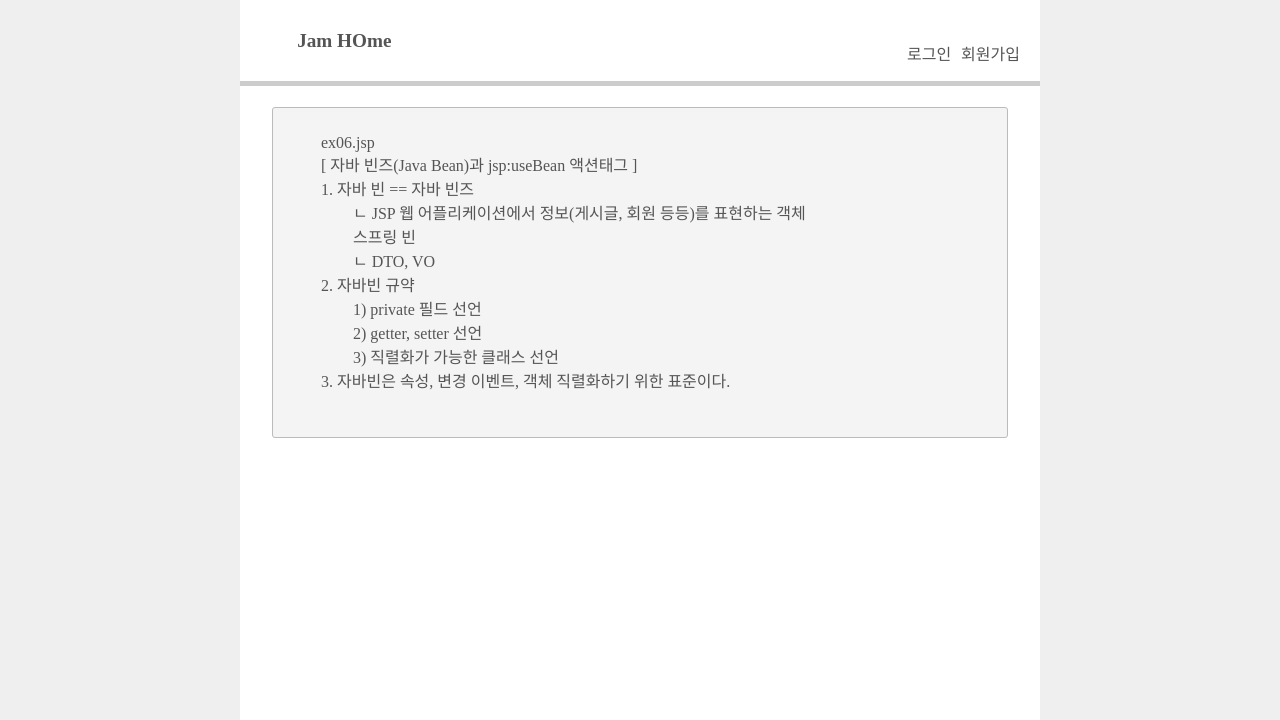
Repository: woals5636/JSPClass
Page: http://localhost/jspPro/days06/ex06.jsp
These files come from the project's save history. The page is drawn as it stood at one moment and after the next save; the edit follows.
The browser window is 1280 px wide. The pictures show the whole page.
Some web fonts or font styles are not loaded; a fallback is used. The page is served by Tomcat 9. Other server files are loaded and not shown.

Above is the page before, as saved 2024-10-22 07:35:12.

### jspPro/src/main/webapp/days06/ex06.jsp
<%@ page contentType="text/html; charset=UTF-8" pageEncoding="UTF-8"%>
<%@ taglib prefix="c" uri="http://java.sun.com/jsp/jstl/core"%>
<%@ page trimDirectiveWhitespaces="true" %>
<!DOCTYPE html>
<html>
<head>
<meta charset="UTF-8">
<title>Insert title here</title>
<link rel="shortcut icon" type="image/x-icon" href="http://localhost/jspPro/images/SiSt.ico">
<script src="https://ajax.googleapis.com/ajax/libs/jquery/3.7.1/jquery.min.js"></script>
<meta name="viewport" content="width=device-width, initial-scale=1.0">
<meta name="google" content="notranslate">
<link rel="stylesheet" href="http://localhost/jspPro/resources/cdn-main/example.css">
<script src="http://localhost/jspPro/resources/cdn-main/example.js"></script>
<style>
 span.material-symbols-outlined{
    vertical-align: text-bottom;
 }
</style>
</head>
<body>
<header>
  <h1 class="main"><a href="#" style="position: absolute;top:30px;">Jam HOme</a></h1>
  <ul>
    <li><a href="#">로그인</a></li>
    <li><a href="#">회원가입</a></li>
  </ul>
</header>
<div>
  <xmp class="code">
  	ex06.jsp
  	[ 자바 빈즈(Java Bean)과 jsp:useBean 액션태그 ]
  	1. 자바 빈 == 자바 빈즈
  		ㄴ JSP 웹 어플리케이션에서 정보(게시글, 회원 등등)를 표현하는 객체
  		스프링 빈
  		ㄴ DTO, VO
  	2. 자바빈 규약
  		1) private 필드 선언
  		2) getter, setter 선언
  		3) 직렬화가 가능한 클래스 선언
  	3. 자바빈은 속성, 변경 이벤트, 객체 직렬화하기 위한 표준이다.

  </xmp>
</div>
</body>
</html>

### jspPro/src/main/webapp/resources/cdn-main/example.css
@charset "UTF-8";

@import url('https://fonts.googleapis.com/css2?family=Material+Symbols+Outlined:opsz,wght,FILL,GRAD@20..48,100..700,0..1,-50..200');

@font-face {
    font-family: 'GmarketSansMedium';
    src: url('https://cdn.jsdelivr.net/gh/projectnoonnu/noonfonts_2001@1.1/GmarketSansMedium.woff') format('woff');
    font-weight: normal;
    font-style: normal;
}

:root {
	--text-color: #555;
	--sub-text-color: #777;
	--back-color: #EFEFEF;
	--header-color: #444;
	--primary-color: #DEDEDE;
	--secondary-color: #EFEFEF;
	--default-width: 800px;
	--narrow-width: 500px;
	--wide-width: 1200px;
	--text-font: 'GmarketSansMedium';
	--icon-font: 'Material Symbols Outlined';
	--border-color: #CCC;
}

html, body {
	margin: 0;
	padding: 0;
}

html {
	background-color: var(--back-color);
	display: flex;
	justify-content: center;
	min-height: 100vh;
}

body, body.default {
	width: var(--default-width);
	background-color: white;
	padding-bottom: 120px;
}

body.wide {
	width: var(--wide-width);
}

body.narrow {
	width: var(--narrow-width);
}



body, p, div, span, a, input, select, option, textarea, button, table, th, td, label, fieldset, legend {
	font-family: var(--text-font);
	color: var(--text-color);
}

h1, h2, h3 {
	font-family: var(--text-font);
	color: var(--header-color);
	padding: 0 1rem;
	padding-top: .5rem;
}

div > h1, div > h2, div > h3 {
	padding: 0;
}

body > div, body > main > div {
	padding: 0.3rem 1rem;
}


h1 { font-size: 2rem; border-bottom: 1px solid var(--border-color); }
h1 small { font-size: 1.2rem; color: var(--sub-text-color); }
h2 { font-size: 1.5rem; border-bottom: 1px dashed var(--border-color); }
h2 small { font-size: 1.1rem; color: --sub-text-color; }
h3 { font-size: 1.2rem; }
h3 small { font-size: 1rem; color: --sub-text-color; }



h1.main::before {
	font-family: var(--icon-font);
  	content: '\e666';
  	margin-right: 10px;
  	float: left;
	font-size: 2.5rem;
}

h1.sub::before {
	font-family: var(--icon-font);
  	content: '\ea19';
  	margin-right: 10px;
  	float: left;
	font-size: 2.5rem;
}


h1.page::before {
	font-family: var(--icon-font);
  	content: '\e0e0';
  	margin-right: 10px;
  	float: left;
	font-size: 2.5rem;
}

body > header > ul > li > .active{
	background-color: #FFF;
	color:#F00;
}

body > header {
	display: flex;
	justify-content: space-between;
	border-bottom: 5px solid var(--border-color);
	min-height: 74px;
	background-color: #FFF;
}

body > header.sticky {
	position: sticky;
	top: 0;
	z-index: 98;
}

body > header > h1 {
	font-size: 1.2rem;
	border: 0;
}

body > header.in > h1::before {
	font-family: var(--icon-font);
  	content: '\e332‥';
  	margin-right: 3px;
  	float: left;
	font-size: 2rem;
}


body > header > ul {
	list-style-type: none;
	display: flex;
	align-items: flex-end;
	margin-right: 10px;
}

body > header > ul > li {
	margin-right: 10px;
	cursor: pointer;
}

body > header > ul > li > a {
	cursor: pointer;
}


form {
	display: block;
}

form > div {
	padding: 0.3rem 1rem;
}

div > form > div {
	padding: 0.3rem 0;
}

input, textarea, button, select {
	border: 1px solid #BBB;
	border-radius: 3px;
	outline: none;
	resize: none;
	padding: 7px;
	margin: 0;
}

input[type=text]:read-only, textarea:read-only {
	cursor: not-allowed;
	background-color: #FFF;
}

input[type=text]:disabled, textarea:disabled {
	cursor: not-allowed;
	background-color: #EEE;
}

input[type=text], input[type=password], textarea, button, select {
	/* width: 300px; */
}

textarea {
	display: block;
	height: 100px;
}

input[type=button], input[type=submit], button {
	/* width: inherit; */
}

input.short, textarea.short, button.short, select.short {
	width: 100px;
}

input.long, textarea.long, button.long, select.long {
	width: 350px;
}

.narrow input.long, .narrow textarea.long, .narrow button.long, .narrow select.long {
	width: calc(100% - 20px);
}

input.full, textarea.full, button.full, select.full {
	width: calc(100% - 20px);
}

textarea.short {
	height: 50px;
}

textarea.long {
	height: 100px;
}

textarea.full {
	height: 200px;
}

input, textarea {
	padding-top: 8px;
}

input[type=button], input[type=submit], button {
	padding: 5px 10px;
	background-color: var(--secondary-color);
	cursor: pointer;
	min-height: 36px;
}

input[type=button].primary, input[type=submit].primary, button.primary {
	/* background-color: rgba(100, 149, 237, .2); */
	background-color: var(--primary-color);
}

input[type=button].primary:hover, input[type=submit].primary:hover, button.primary:hover {
	/* background-color: rgba(100, 149, 237, .3); */
	background-color: var(--secondary-color);
}

input[type=button]:hover, input[type=submit]:hover, button:hover {
	background-color: var(--primary-color);
}

button {
	position: relative;
	left: 0;
	top: 0;
	padding-left: 35px;
}

button .material-symbols-outlined {
	position: absolute;
	left: 10px;
	top: 4px;
}

/* k2nik add */
button.login::before {
	font-family: var(--icon-font);
  	content: '\ea77';
	position: absolute;
	left: 11px;
	top: 4px;
	font-size: 1.25rem;
}

/* k2nik logout */
button.logout::before {
	font-family: var(--icon-font);
  	content: '\e9ba';
	position: absolute;
	left: 11px;
	top: 4px;
	font-size: 1.25rem;
}

/* k2nik help */
button.help::before {
	font-family: var(--icon-font);
  	content: '\f1c0';
	position: absolute;
	left: 11px;
	top: 4px;
	font-size: 1.25rem;
}

button.add::before{
	font-family: var(--icon-font);
  	content: '\e746';
	position: absolute;
	left: 11px;
	top: 4px;
	font-size: 1.25rem;
}

button.back::before {
	font-family: var(--icon-font);
  	content: '\e166';
	position: absolute;
	left: 11px;
	top: 4px;
	font-size: 1.25rem;
}

button.list::before {
	font-family: var(--icon-font);
  	content: '\e0ee';
	position: absolute;
	left: 11px;
	top: 4px;
	font-size: 1.25rem;
}


button.del::before {
	font-family: var(--icon-font);
  	content: '\e872';
	position: absolute;
	left: 11px;
	top: 4px;
	font-size: 1.25rem;
}


button.edit::before {
	font-family: var(--icon-font);
  	content: '\e745';
	position: absolute;
	left: 11px;
	top: 4px;
	font-size: 1.25rem;
}


button.login::before {
	font-family: var(--icon-font);
  	content: '\ea77';
	position: absolute;
	left: 11px;
	top: 4px;
	font-size: 1.25rem;
}


button.logout::before {
	font-family: var(--icon-font);
  	content: '\e9ba';
	position: absolute;
	left: 11px;
	top: 4px;
	font-size: 1.25rem;
}


button.in::before {
	font-family: var(--icon-font);
  	content: '\f71a';
	position: absolute;
	left: 11px;
	top: 4px;
	font-size: 1.25rem;
}


button.out::before {
	font-family: var(--icon-font);
  	content: '\f70e';
	position: absolute;
	left: 11px;
	top: 4px;
	font-size: 1.25rem;
}


button.reply::before {
	font-family: var(--icon-font);
  	content: '\e15e';
	position: absolute;
	left: 11px;
	top: 4px;
	font-size: 1.25rem;
}


button.comment::before {
	font-family: var(--icon-font);
  	content: '\e0b9';
	position: absolute;
	left: 11px;
	top: 4px;
	font-size: 1.25rem;
}


button.modal::before {
	font-family: var(--icon-font);
  	content: '\e89e';
	position: absolute;
	left: 11px;
	top: 4px;
	font-size: 1.25rem;
}


button.ok::before {
	font-family: var(--icon-font);
  	content: '\e86c';
	position: absolute;
	left: 11px;
	top: 4px;
	font-size: 1.25rem;
}


button.cancel::before {
	font-family: var(--icon-font);
  	content: '\e5c9';
	position: absolute;
	left: 11px;
	top: 4px;
	font-size: 1.25rem;
}

button.search::before {
	font-family: var(--icon-font);
  	content: '\e8b6';
	position: absolute;
	left: 11px;
	top: 4px;
	font-size: 1.25rem;
}

button.home::before {
	font-family: var(--icon-font);
  	content: '\e88a';
	position: absolute;
	left: 11px;
	top: 4px;
	font-size: 1.25rem;
}


button.sidebar::before {
	font-family: var(--icon-font);
  	content: '\f7e4';
	position: absolute;
	left: 11px;
	top: 4px;
	font-size: 1.25rem;
}


button.sidebar-right::before {
	font-family: var(--icon-font);
  	content: '\f7e5';
	position: absolute;
	left: 11px;
	top: 4px;
	font-size: 1.25rem;
}




button::before {
	font-family: var(--icon-font);
  	content: '\e323';
	position: absolute;
	left: 11px;
	top: 4px;
	font-size: 1.25rem;
}


table {
	border-collapse: collapse;
	margin: 1rem;
	box-sizing: border-box;
	width: calc(100% - 32px);
}

table.content {
	width: auto;
}

div > table {
	margin: 0;
}

table th, table td {
	border: 1px solid var(--border-color);
	padding: 7px;
	font-weight: normal;
}

table th {
	background-color: var(--back-color);
}

table.vertical th {
	width: 150px;
}

table.vertical td {
	width: calc(100% - 182px);
	padding-left: 10px;
}

table.content td, table.content th {
	width: auto;
}

body.narrow table.vertical th {
	width: 100px;
}

body.narrow table.vertical td {
	width: calc(100% - 182px);
}


table + table {
	margin-top: 30px;
}


p {
	padding: 0 1rem;
}

a {
	text-decoration: none;
}

a:hover {
	color: rgba(255, 99, 71, .7);
}

hr {
	border: 0;
	border-top: 1px solid var(--border-color);
	margin: 2rem 0;
}

.message {
	border: 1px solid var(--border-color);
	background-color: #EFEFEF;
	margin: 1rem;
	width: auto;
	padding-top: 10px;
	padding-bottom: 10px;
	font-size: 14px;
}

.message[title]::before {
	content: attr(title);
	display: block;
	border-bottom: 1px solid var(--border-color);
	padding-bottom: 5px;
	margin-bottom: 10px;
	margin-top: 7px;
}

.message.short {
	max-width: 250px;
}

.message.long {
	max-width: 500px;
}

.badge {
	float: right;
	font-size: .8rem;
	margin-top: 2px;
	margin-right: 2px;
	text-shadow: 0 0 7px gray;
}

.badge.left {
	float: none;
	margin-left: 2px;
}

.badge.right {
	float: right;
}

.badge.red {
	border-radius: 50%;
	padding: 2px 5px;
	background-color: rgb(255, 99, 71, .3);
}

.badge.yellow {

	border-radius: 50%;
	padding: 2px 5px;
	background-color: rgb(255, 215, 0, .5);
}

.badge.blue {
	border-radius: 50%;
	padding: 2px 5px;
	background-color: rgb(100, 149, 237, .3);
}

label + label {
	margin-left: 7px;
}

label input[type=checkbox], label input[type=radio] {
	transform: translate(0, 1px);
}

.group {
	display: flex;
}

.modal-content .group {
	margin-bottom: .5rem;
}

.group label {
	border: 1px solid #BBB;
	border-radius: 3px;
	outline: none;
	resize: none;
	padding: 7px 14px;
	margin: 0;
	border-top-right-radius: 0;
	border-bottom-right-radius: 0;
	background-color: #EFEFEF;
	white-space: nowrap;
	font-size: 14px;
}

.group input[type=text] {
	margin-left: -1px;
	border-top-left-radius: 0;
	border-bottom-left-radius: 0;
}

.group select {
	margin-left: -1px;
	border-top-left-radius: 0;
	border-bottom-left-radius: 0;
}

.group input.full[type=text] {
	margin-left: -1px;
	border-top-left-radius: 0;
	border-bottom-left-radius: 0;
	width: 100%;
}

.group input[type=button]:first-child, .group button:first-child {
	border-top-left-radius: 3px;
	border-bottom-left-radius: 3px;
	margin-left: 0px;
}

.group input[type=button], .group button {
	border-radius: 0;
	margin-left: -1px;
}

.group input[type=button]:last-child, .group button:last-child {
	margin-left: -1px;
	border-top-right-radius: 3px;
	border-bottom-right-radius: 3px;
}

.seperate {
	display: flex;
	justify-content: space-between;
}

div.list {
	width: max-content;
	margin: 1rem;
	border: 1px solid #BBB;
	border-radius: 3px;
	padding: 0;
}

div.list.full {
	width: auto;
	display: block;
	margin: 1rem;
	border: 1px solid #BBB;
	border-radius: 3px;
	padding: 0;
}

div.list > div {
	padding: .5rem 1rem;
	margin: 0;
	border-bottom: 1px solid #BBB;
}

div.list > div:last-child {
	border-bottom: 0;
}

pre.code , xmp.code{
	font-family: consols;
	background-color: rgba(150, 150, 150, .1);
	border: 1px solid #BBB;
	border-radius: 3px;
	padding: .5rem 1rem;
	padding-bottom: .6rem;
	margin: 1rem;
}




*[data-modal-window] {
	position: fixed;
	background-color: rgba(0, 0, 0, .3);
	left: 0;
	top: 0;
	display: none;
	justify-content: center;
	align-items: flex-start;
	width: 100%;
	min-height: 100vh;
	z-index: 100;
	opacity: 0;
	transition: 500ms all;
}

*[data-modal-window] .modal-container {
	border-radius: 5px;
	padding: 1rem;
	padding-bottom: .5rem;
	margin-top: -500px;
	opacity: 0;
	width: 500px;
	background-color: #FFF;
	margin-right: 2rem;
	transition: 500ms all;
}

*[data-modal-size=content] .modal-container {
	width: auto;
}

*[data-modal-size=narrow] .modal-container {
	width: 300px;
}

*[data-modal-size=wide] .modal-container {
	width: 760px;
}


*[data-modal-window] .modal-header {
	border-bottom: 1px solid var(--border-color);
	padding: 2px 5px;
}

*[data-modal-window] .modal-content {
	padding: 1rem 5px;
}

*[data-modal-window] .modal-content div:last-child {
	margin-top: 1rem;
	text-align: right;
}



*[data-sidebar-window] {
	position: fixed;
	background-color: #FFF;
	left: 0;
	top: 0;
	display: block;
	width: 300px;
	border-right: 1px solid var(--border-color);
	box-sizing: border-box;
	box-shadow: 0 0 3px var(--back-color);
	min-height: 100vh;
	z-index: 99;
	transform: translate(-300px, 0);
	transition-duration: 500ms;
	transition-property: transform;
}

*[data-sidebar-direction=right] {
	left: auto;
	right: 0;
	transform: translate(300px, 0);
	border-left: 1px solid var(--border-color);
}

*[data-sidebar-size=wide] {
	width: 500px;
	transform: translate(-500px, 0);
}

*[data-sidebar-window] .sidebar-title {
	border-bottom: 1px solid var(--border-color);
	margin-top: 20px;
	margin-bottom: 20px;
	padding-bottom: 5px;
	display: flex;
	justify-content: space-between;
}

*[data-sidebar-window] .sidebar-title span:last-child {
	cursor: pointer;
}


/* K2Nik pagination */
.center {
  text-align: center;
}

.pagination {
  display: inline-block;
}

.pagination a {
  color: black;
  float: left;
  padding: 3px 6px;
  text-decoration: none;
  transition: background-color .3s;
  border: 1px solid #ddd;
  margin: 0 3px;
}

.pagination a.active {
  background-color: #4CAF50;
  color: white;
  border: 1px solid #4CAF50;
}

.pagination a:hover:not(.active) {background-color: #ddd;}

### jspPro/src/main/webapp/resources/cdn-main/example.js

window.onload = () => {

    const list = document.querySelectorAll('input, textarea');

    list.forEach(item => {
        item.setAttribute('autocomplete', 'off');
    });


    const modal_btn_list = document.querySelectorAll('*[data-modal-button]');

    modal_btn_list.forEach(item => {
        item.onclick = function() {

            const name = this.dataset['modalButton'];
            const modal_window = document.querySelector('*[data-modal-window=' + name);

            const container = document.createElement('div');
            container.className = 'modal-container';



            const modal_header = document.createElement('div');
            modal_header.textContent = modal_window.dataset['modalTitle'];
            modal_header.className = 'modal-header';
            container.appendChild(modal_header);

            const modal_content = document.createElement('div');
            modal_content.className = 'modal-content';
            container.appendChild(modal_content);

            Array.from(modal_window.childNodes).forEach(item => {
                modal_content.appendChild(item);
            });

            modal_window.appendChild(container);

            modal_window.style.display = 'flex';

            setTimeout(() => {
                modal_window.style.opacity = 1;
                container.style.marginTop = '20px';
                container.style.opacity = 1;
            }, 50);


            const modal_ok = document.querySelector('*[data-modal-ok=' + name);
            modal_ok.addEventListener('click', function() {
                modal_window.style.opacity = 0;
                container.style.marginTop = '-500px';
                container.style.opacity = 0;

                setTimeout(() => {
                    modal_window.innerHTML = modal_content.innerHTML;
                    modal_window.style.display = 'none';
                }, 500);

            });

            const modal_cancel = document.querySelector('*[data-modal-cancel=' + name);
            modal_cancel.addEventListener('click', function() {

                modal_window.style.opacity = 0;
                container.style.marginTop = '-500px';
                container.style.opacity = 0;

                setTimeout(() => {
                    modal_window.innerHTML = modal_content.innerHTML;
                    modal_window.style.display = 'none';
                }, 500);
            });


        };
    });


    const sidebar_btn_list = document.querySelectorAll('*[data-sidebar-button]');

    sidebar_btn_list.forEach(item => {
        item.onclick = function() {



            const name = this.dataset['sidebarButton'];
            const sidebar_window = document.querySelector('*[data-sidebar-window=' + name);

            if (sidebar_window.style.transform == 'translate(0px, 0px)') return;



            sidebar_window.style.transform = 'translate(0, 0)';

            const sidebar_title = document.createElement('div');
            sidebar_title.className = 'sidebar-title';
            sidebar_title.innerHTML = '<span>' + sidebar_window.dataset['sidebarTitle'] + '</span><span class="material-symbols-outlined">close</span>';

            sidebar_title.children[1].onclick = function() {

                let sign = 1;
                let distance = 300;

                if (sidebar_window.dataset['sidebarDirection'] != 'right') {
                    sign = -1;
                } else {
                    sign = 1;
                }

                if (sidebar_window.dataset['sidebarSize'] != 'wide') {
                    distance = 300;
                } else {
                    distance = 500;
                }

                distance *= sign;

                sidebar_window.style.transform = 'translate(' + distance + 'px, 0)';

                setTimeout(function() {
                    sidebar_window.removeChild(sidebar_window.children[0]);
                }, 500);
            };


            sidebar_window.prepend(sidebar_title);

        }
    });

};

// window.onkeydown = function(event) {

//     if (event.keyCode == 27) {
//         if (document.querySelector('[data-modal-window').style.display == 'flex') {
//             document.querySelector('[data-modal-window').style.display = 'none';
//         }
//     }

// };

After the next save:
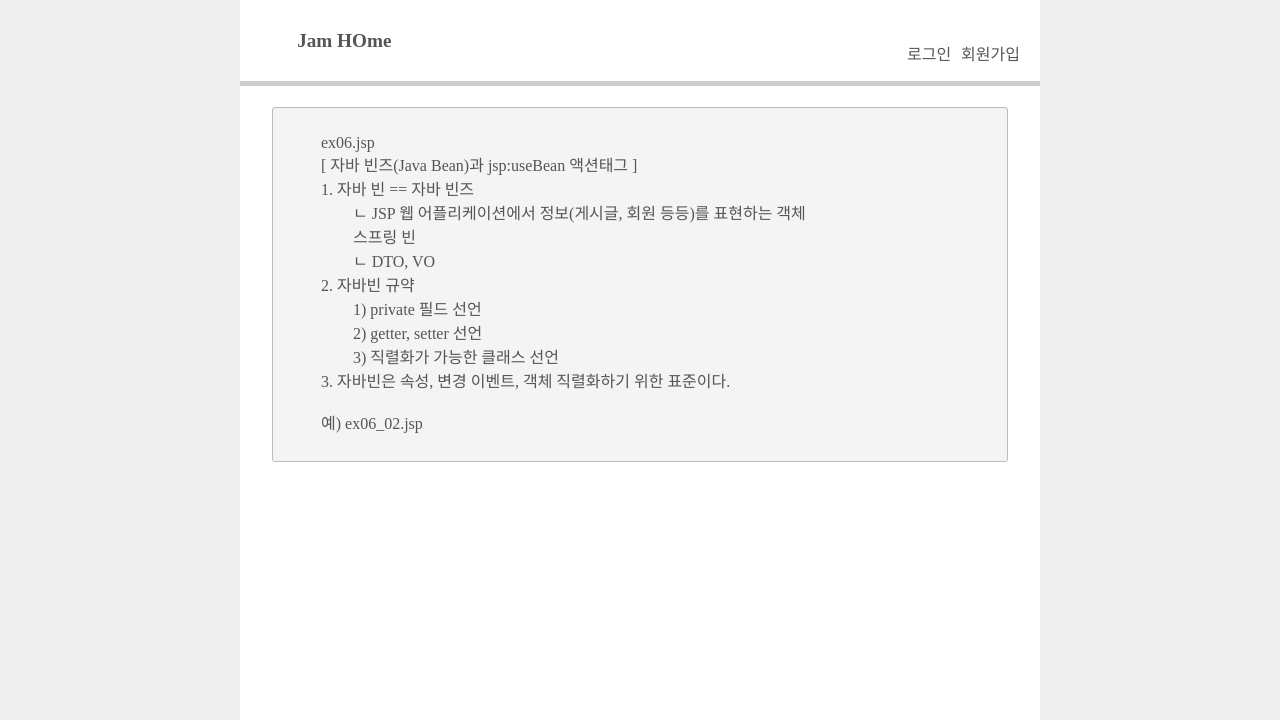
Saved 12 s later.
--- a/jspPro/src/main/webapp/days06/ex06.jsp
+++ b/jspPro/src/main/webapp/days06/ex06.jsp
@@ -40,6 +40,7 @@
   		3) 직렬화가 가능한 클래스 선언
   	3. 자바빈은 속성, 변경 이벤트, 객체 직렬화하기 위한 표준이다.
 
+  	예) ex06_02.jsp
   </xmp>
 </div>
 </body>
